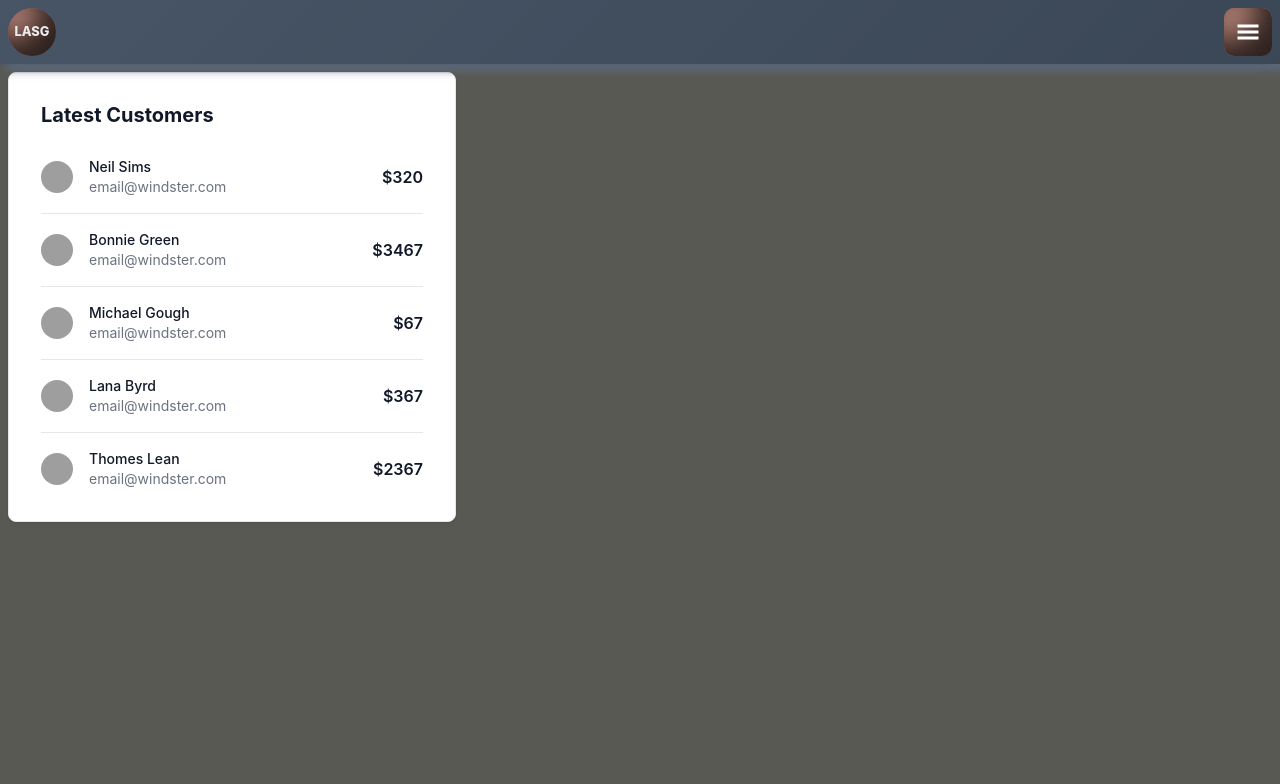
Repository: ShindanoSingi/LA-Swahili-Group
Page: /login (app in client/)
An editor plug-in stored every save of this project. The page is shown before and after a run of saves, followed by the edit.
The browser window is 1280 px wide. The pictures show the whole page.
Pictures or frames that could not be fetched are drawn as grey boxes. The project was rebuilt for these pictures with package versions that can differ from the ones it lists, and the page was loaded fresh each time. Also part of the build but not shown: client/src/pages/error/Error.css, client/src/pages/error/Error.js, client/src/pages/home/Home.js, client/src/pages/about/About.js, client/src/pages/contact/Contact.js.

Above is the page before, as saved 2024-02-07 23:29:25.

### client/src/index.js
import React from 'react';
import ReactDOM from 'react-dom/client';
import './index.css';
import App from './App';
import reportWebVitals from './reportWebVitals';
import { Provider } from "react-redux";
import store from './redux/store';
import { BrowserRouter } from 'react-router-dom';


const root = ReactDOM.createRoot(document.getElementById('root'));
root.render(
  <Provider store={store}>
    <BrowserRouter>
    <App />
    </BrowserRouter>
  </Provider>
);

// If you want to start measuring performance in your app, pass a function
// to log results (for example: reportWebVitals(console.log))
// or send to an analytics endpoint. Learn more: https://bit.ly/CRA-vitals
reportWebVitals();

### client/src/index.css
@tailwind base;
@tailwind components;
@tailwind utilities;

:root{
  --primary: #424F5F;
  --secondary: #F3F3F3;
  --tertiary: #F4A261;
  --quaternary: #2A9D8F;
  --quinary: #E9C46A;

}

body {
  margin: 0;
  font-family: -apple-system, BlinkMacSystemFont, 'Segoe UI', 'Roboto', 'Oxygen',
    'Ubuntu', 'Cantarell', 'Fira Sans', 'Droid Sans', 'Helvetica Neue',
    sans-serif;
  -webkit-font-smoothing: antialiased;
  -moz-osx-font-smoothing: grayscale;
}

.container{
  max-height: 100vh;
  background-color: var(--primary);
}

.container {
  display: flex;
  justify-content: center;
  align-items: center;
  height: 100vh;
}

.logo{
  height: 100dvh;
}

### client/src/App.js
import Header from "./components/header/Header";
import Error from "./pages/error/Error";
import Home from "./pages/home/Home";
import { Routes, Route, useNavigate } from "react-router-dom";
import About from "./pages/about/About";
import Contact from "./pages/contact/Contact";
import Login from "./pages/login/Login";
import UserDashBoard from "./pages/userDashBoard/UserDashBoard";
import { useEffect } from "react";


function App() {

      const navigate = useNavigate()

      const user = 'user';

      useEffect(() => {
            if (user === 'user') {
                  navigate('/user')
            }
      })

      return (
            <>
                  <Header />
                  <Routes>
                        <Route path="/" element={<Home />} />
                        <Route path="/about" element={<About />} />
                        <Route path="/contact" element={<Contact />} />
                        <Route path="/login" element={<Login />} />
                        <Route path="/user" element={<UserDashBoard/>} />
                        <Route
                              path="/:rest*"
                              element={
                                    <h1>
                                          <Error />
                                    </h1>
                              }
                        />
                  </Routes>
            </>
      );
}

export default App;

### client/src/redux/store.js
import { configureStore } from "@reduxjs/toolkit";

import userReducer from "./userSlice";

const store = configureStore({
    reducer: {
        userReducer,
    },
});

export default store;

### client/src/components/header/Header.js
import React, { useState } from "react";
import "./Header.css";
import { GiHamburgerMenu } from "react-icons/gi";
import { Link } from "react-router-dom";

function Header() {
      const [show, setShow] = useState(false);

      return (
            <div className="header fixed top-0 w-full flex items-center justify-between p-2">
                  <div className="w-12 h-12 rounded-full text-[0.8rem] logo-button flex font-extrabold text-[#EBEBEB] justify-center items-center">
                        LASG
                  </div>
                  <div className="hambourger h-12 w-12 flex items-center justify-center">
                        <GiHamburgerMenu
                              className="text-[#FFFFFF] text-2xl"
                              onClick={() => setShow(!show)}
                        />
                  </div>
                  {show && (
                        <ul className="flex flex-col items-center p-2 top-[4.2rem] right-2 menu text-[#FFFFFF] absolute">
                              <Link to="/" onClick={() => setShow(!show)}>
                                    <li className="menu-item">Home</li>
                              </Link>
                              <Link to="/about" onClick={() => setShow(!show)}>
                                    <li className="menu-item">About</li>
                              </Link>
                              <Link
                                    to="/contact"
                                    onClick={() => setShow(!show)}
                              >
                                    <li className="menu-item">Contact</li>
                              </Link>
                              <Link to="/login" onClick={() => setShow(!show)}>
                                    <li className="menu-item">Login</li>
                              </Link>
                        </ul>
                  )}
            </div>
      );
}

export default Header;

### client/src/pages/login/Login.js
import React, { useState } from "react";

function Login() {
    const [showRegisterButton, setShowRegisterButton] = useState(false);

      return (
            <div className="container">
                  <div className="w-[80%]">
                    {
                        !showRegisterButton && (                        <h1 className="text-xl font-bold text-center mb-4 text-white dark:text-white">Registration Form</h1>
                        )
                    }
                    {
                        showRegisterButton && (                        <h1 className="text-xl font-bold text-center mb-4 text-white dark:text-white">Login Form</h1>
                        )
                    }
                        <form className="max-w-sm mx-auto">
                              <div className="mb-3">
                                    <label
                                          for="email"
                                          className="block mb-2 text-sm font-medium text-white dark:text-white"
                                    >
                                          Your phone number
                                    </label>
                                    <input
                                          type="phone"
                                          id="phone"
                                          className="shadow-sm bg-gray-50 border border-gray-300 text-gray-900 text-sm rounded-lg focus:ring-blue-500 focus:border-blue-500 block w-full p-2.5 dark:bg-gray-700 dark:border-gray-600 dark:placeholder-gray-400 dark:text-white dark:focus:ring-blue-500 dark:focus:border-blue-500 dark:shadow-sm-light"
                                          placeholder="222-222-2222"
                                          required
                                    />
                              </div>
                              <div className="mb-3">
                                    <label
                                          for="password"
                                          className="block mb-2 text-sm font-medium text-white dark:text-white"
                                    >
                                          Your password
                                    </label>
                                    <input
                                          type="password"
                                          id="password"
                                          className="shadow-sm bg-gray-50 border border-gray-300 text-gray-900 text-sm rounded-lg focus:ring-blue-500 focus:border-blue-500 block w-full p-2.5 dark:bg-gray-700 dark:border-gray-600 dark:placeholder-gray-400 dark:text-white dark:focus:ring-blue-500 dark:focus:border-blue-500 dark:shadow-sm-light"
                                          required
                                    />
                              </div>
                              {
                                !showRegisterButton && (
                                    <div className="mb-3">
                                    <label
                                          for="repeat-password"
                                          className="block mb-2 text-sm font-medium text-white dark:text-white"
                                    >
                                          Repeat password
                                    </label>
                                    <input
                                          type="password"
                                          id="repeat-password"
                                          className="shadow-sm bg-gray-50 border border-gray-300 text-gray-900 text-sm rounded-lg focus:ring-blue-500 focus:border-blue-500 block w-full p-2.5 dark:bg-gray-700 dark:border-gray-600 dark:placeholder-gray-400 dark:text-white dark:focus:ring-blue-500 dark:focus:border-blue-500 dark:shadow-sm-light"
                                          required
                                    />
                              </div>
                                )
                              }

                              {
                                showRegisterButton && (
                                    <div>
                                    <button
                                          type="submit"
                                          className="text-white mt-2 w-full bg-blue-700 hover:bg-blue-800 focus:ring-4 focus:outline-none focus:ring-blue-300 font-medium rounded-lg text-sm px-5 py-2.5 text-center dark:bg-blue-600 dark:hover:bg-blue-700 dark:focus:ring-blue-800"
                                    >
                                          Login
                                    </button>
                                    <p className="text-white text-center underline" onClick={()=>{
                                        setShowRegisterButton(false);
                                    }}>Not registered yet?</p>
                              </div>
                                )
                              }

                              {
                                !showRegisterButton && (
                                    <div>
                                    <button
                                          type="submit"
                                          className="text-white mt-2 w-full bg-blue-700 hover:bg-blue-800 focus:ring-4 focus:outline-none focus:ring-blue-300 font-medium rounded-lg text-sm px-5 py-2.5 text-center dark:bg-blue-600 dark:hover:bg-blue-700 dark:focus:ring-blue-800"
                                    >
                                          Register new account
                                    </button>
                                    <p className="text-white text-center underline" onClick={()=>{
                                        setShowRegisterButton(true);
                                    }}>Already Registered?</p>
                              </div>
                                )
                              }
                        </form>
                  </div>
            </div>
      );
}

export default Login;

### client/src/pages/userDashBoard/UserDashBoard.js
import React from "react";

function UserDashBoard() {
      return (
            <div className="mt-[4rem] pt-2 px-2 min-h-[100vh] bg-[#595954] text-[#FFFFFF]">
                  <div className="w-full max-w-md p-4 bg-white border border-gray-200 rounded-lg shadow sm:p-8 dark:bg-gray-800 dark:border-gray-700">
                        <div className="flex items-center justify-between mb-4">
                              <h5 className="text-xl font-bold leading-none text-gray-900 dark:text-white">
                                    Latest Customers
                              </h5>
                        </div>
                        <div className="flow-root">
                              <ul
                                    role="list"
                                    className="divide-y divide-gray-200 dark:divide-gray-700"
                              >
                                    <li className="py-3 sm:py-4">
                                          <div className="flex items-center">
                                                <div className="flex-shrink-0">
                                                      <img
                                                            className="w-8 h-8 rounded-full"
                                                            src="https://picsum.photos/200/300"
                                                            alt="Neil image"
                                                      />
                                                </div>
                                                <div className="flex-1 min-w-0 ms-4">
                                                      <p className="text-sm font-medium text-gray-900 truncate dark:text-white">
                                                            Neil Sims
                                                      </p>
                                                      <p className="text-sm text-gray-500 truncate dark:text-gray-400">
                                                            email@windster.com
                                                      </p>
                                                </div>
                                                <div className="inline-flex items-center text-base font-semibold text-gray-900 dark:text-white">
                                                      $320
                                                </div>
                                          </div>
                                    </li>
                                    <li className="py-3 sm:py-4">
                                          <div className="flex items-center ">
                                                <div className="flex-shrink-0">
                                                      <img
                                                            className="w-8 h-8 rounded-full"
                                                            src="https://picsum.photos/200/300"
                                                            alt="Bonnie image"
                                                      />
                                                </div>
                                                <div className="flex-1 min-w-0 ms-4">
                                                      <p className="text-sm font-medium text-gray-900 truncate dark:text-white">
                                                            Bonnie Green
                                                      </p>
                                                      <p className="text-sm text-gray-500 truncate dark:text-gray-400">
                                                            email@windster.com
                                                      </p>
                                                </div>
                                                <div className="inline-flex items-center text-base font-semibold text-gray-900 dark:text-white">
                                                      $3467
                                                </div>
                                          </div>
                                    </li>
                                    <li className="py-3 sm:py-4">
                                          <div className="flex items-center">
                                                <div className="flex-shrink-0">
                                                      <img
                                                            className="w-8 h-8 rounded-full"
                                                            src="https://picsum.photos/200/300"
                                                            alt="Michael image"
                                                      />
                                                </div>
                                                <div className="flex-1 min-w-0 ms-4">
                                                      <p className="text-sm font-medium text-gray-900 truncate dark:text-white">
                                                            Michael Gough
                                                      </p>
                                                      <p className="text-sm text-gray-500 truncate dark:text-gray-400">
                                                            email@windster.com
                                                      </p>
                                                </div>
                                                <div className="inline-flex items-center text-base font-semibold text-gray-900 dark:text-white">
                                                      $67
                                                </div>
                                          </div>
                                    </li>
                                    <li className="py-3 sm:py-4">
                                          <div className="flex items-center ">
                                                <div className="flex-shrink-0">
                                                      <img
                                                            className="w-8 h-8 rounded-full"
                                                            src="https://picsum.photos/200/300"
                                                            alt="Lana image"
                                                      />
                                                </div>
                                                <div className="flex-1 min-w-0 ms-4">
                                                      <p className="text-sm font-medium text-gray-900 truncate dark:text-white">
                                                            Lana Byrd
                                                      </p>
                                                      <p className="text-sm text-gray-500 truncate dark:text-gray-400">
                                                            email@windster.com
                                                      </p>
                                                </div>
                                                <div className="inline-flex items-center text-base font-semibold text-gray-900 dark:text-white">
                                                      $367
                                                </div>
                                          </div>
                                    </li>
                                    <li className="pt-3 pb-0 sm:pt-4">
                                          <div className="flex items-center ">
                                                <div className="flex-shrink-0">
                                                      <img
                                                            className="w-8 h-8 rounded-full"
                                                            src="https://picsum.photos/200/300"
                                                            alt="Thomas image"
                                                      />
                                                </div>
                                                <div className="flex-1 min-w-0 ms-4">
                                                      <p className="text-sm font-medium text-gray-900 truncate dark:text-white">
                                                            Thomes Lean
                                                      </p>
                                                      <p className="text-sm text-gray-500 truncate dark:text-gray-400">
                                                            email@windster.com
                                                      </p>
                                                </div>
                                                <div className="inline-flex items-center text-base font-semibold text-gray-900 dark:text-white">
                                                      $2367
                                                </div>
                                          </div>
                                    </li>
                              </ul>
                        </div>
                  </div>
            </div>
      );
}

export default UserDashBoard;

### client/src/redux/userSlice.js
import {createSlice} from '@reduxjs/toolkit';

const userSlice = createSlice({
    name: 'user',
    initialState: {
        user: null,
    },
    reducers: {
        setUser: (state, action) => {
            state.user = action.payload;
        },
    },
});

export const {setUser} = userSlice.actions;
export default userSlice.reducer;

### client/src/components/header/Header.css
.header {
    border-radius: 0px;
background: linear-gradient(315deg, #3b4756, #475566);
box-shadow:  -5px -5px 10px #262e37,
             5px 5px 10px #5e7087;
}

.logo-button {
    border-radius: 50%;
    background: #6E5049;
    box-shadow: inset -14px -14px 27px #2d211e, inset 14px 14px 27px #af7f74;
}

.hambourger {
    border-radius: 10px;
    background: #6E5049;
    box-shadow: inset -14px -14px 27px #2d211e, inset 14px 14px 27px #af7f74;
}

.menu {
    border-radius: 9px;
    background: #3E5F75;
    box-shadow: inset -5px -5px 10px #38556c, inset 5px 5px 10px #5885a8;
    padding: 0.5rem;
}

.menu-item{
    border-radius: 7px;
background: #486D8A;
box-shadow: inset -15px -15px 13px #2a3f50,
            inset 15px 15px 13px #669bc4;
            width: 5rem;
            text-align: center;
            margin: 0.2rem;
            padding: 0.2rem 0.5rem;
}

Loaded but not shown: client/public/index.html (common file); client/src/reportWebVitals.js (common file); client/tailwind.config.js (common file)

After the next 2 saves:
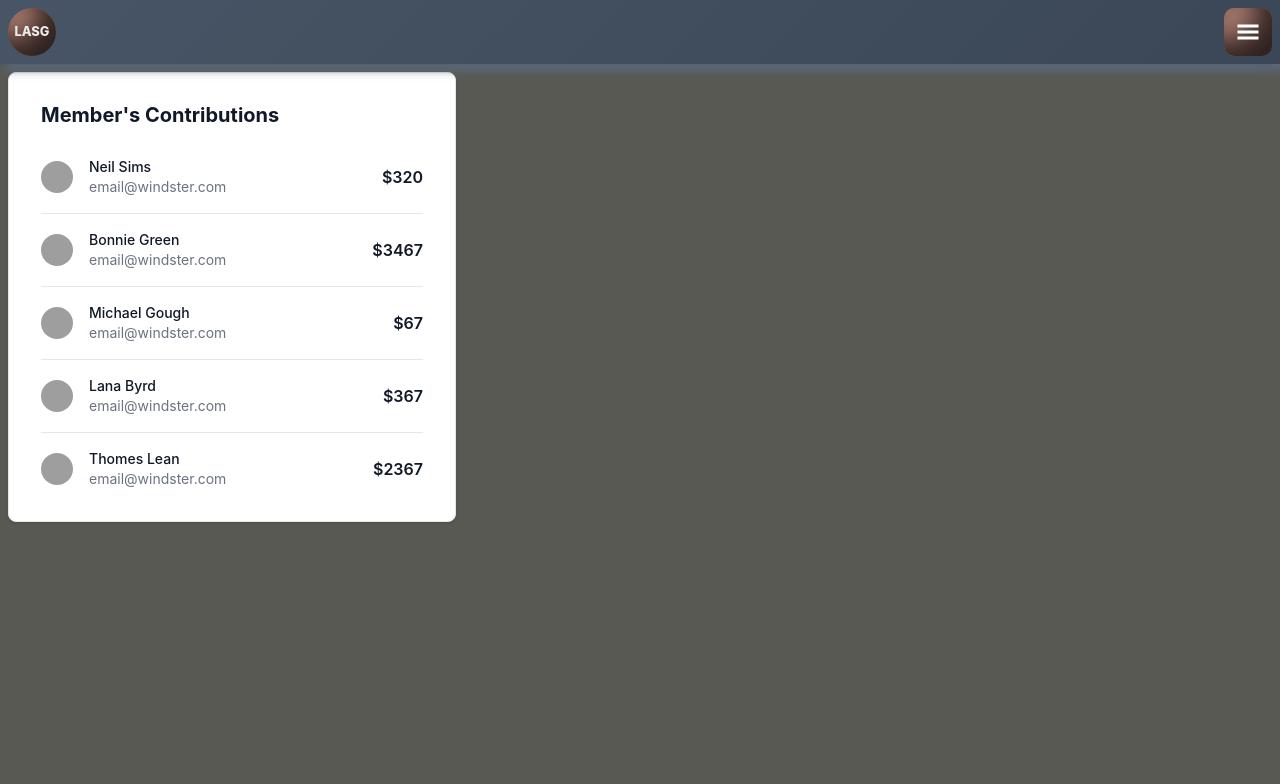
The 2 saves are shown as one change because they came seconds apart.
The last was saved 35 s later.
--- a/client/src/pages/userDashBoard/UserDashBoard.js
+++ b/client/src/pages/userDashBoard/UserDashBoard.js
@@ -6,7 +6,7 @@ function UserDashBoard() {
                   <div className="w-full max-w-md p-4 bg-white border border-gray-200 rounded-lg shadow sm:p-8 dark:bg-gray-800 dark:border-gray-700">
                         <div className="flex items-center justify-between mb-4">
                               <h5 className="text-xl font-bold leading-none text-gray-900 dark:text-white">
-                                    Latest Customers
+                                    Member's Contributions
                               </h5>
                         </div>
                         <div className="flow-root">
